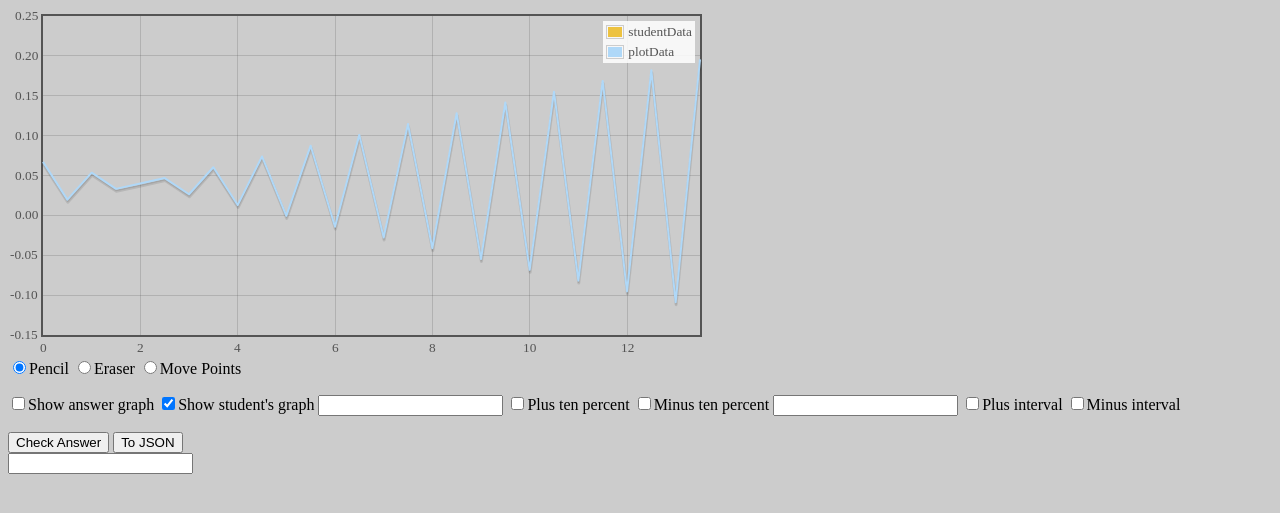
Repository: danmartelly/601autogradeGraphs
Page: flotSketching/test.html
An editor plug-in stored every save of this project. The page is shown before and after the next save, followed by the edit.
The browser window is 1280 px wide. The pictures show the whole page.

Above is the page before, as saved 2014-01-28 18:43:52.

After the next save:
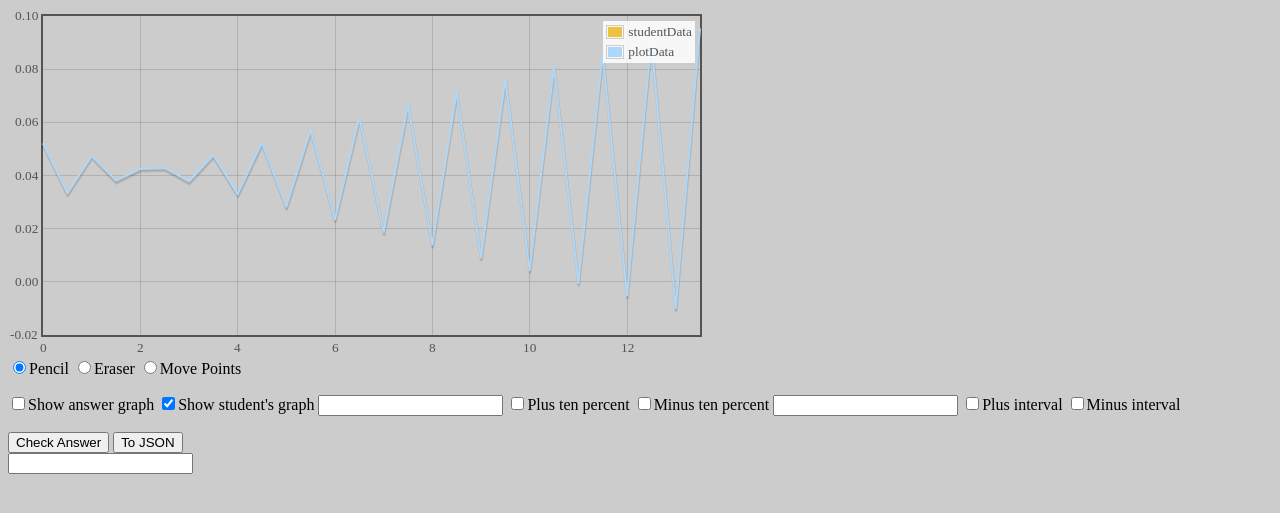
Saved 15 s later.
--- a/flotSketching/test.js
+++ b/flotSketching/test.js
@@ -16,7 +16,7 @@ $(function() {
 		return amp*Math.sin(2*Math.PI*freq*(x - xShift)) + offset
 	}
 	for (var i = 0; i < 14; i += 0.5) {
-		plotData.data.push([i, genericSin(i, 2.155, .999, .999, .04)]);
+		plotData.data.push([i, genericSin(i, 2.15452795, 0.99964759, 0.99957028, 0.04148915)]);
 	}
 
 	var studentData = {
